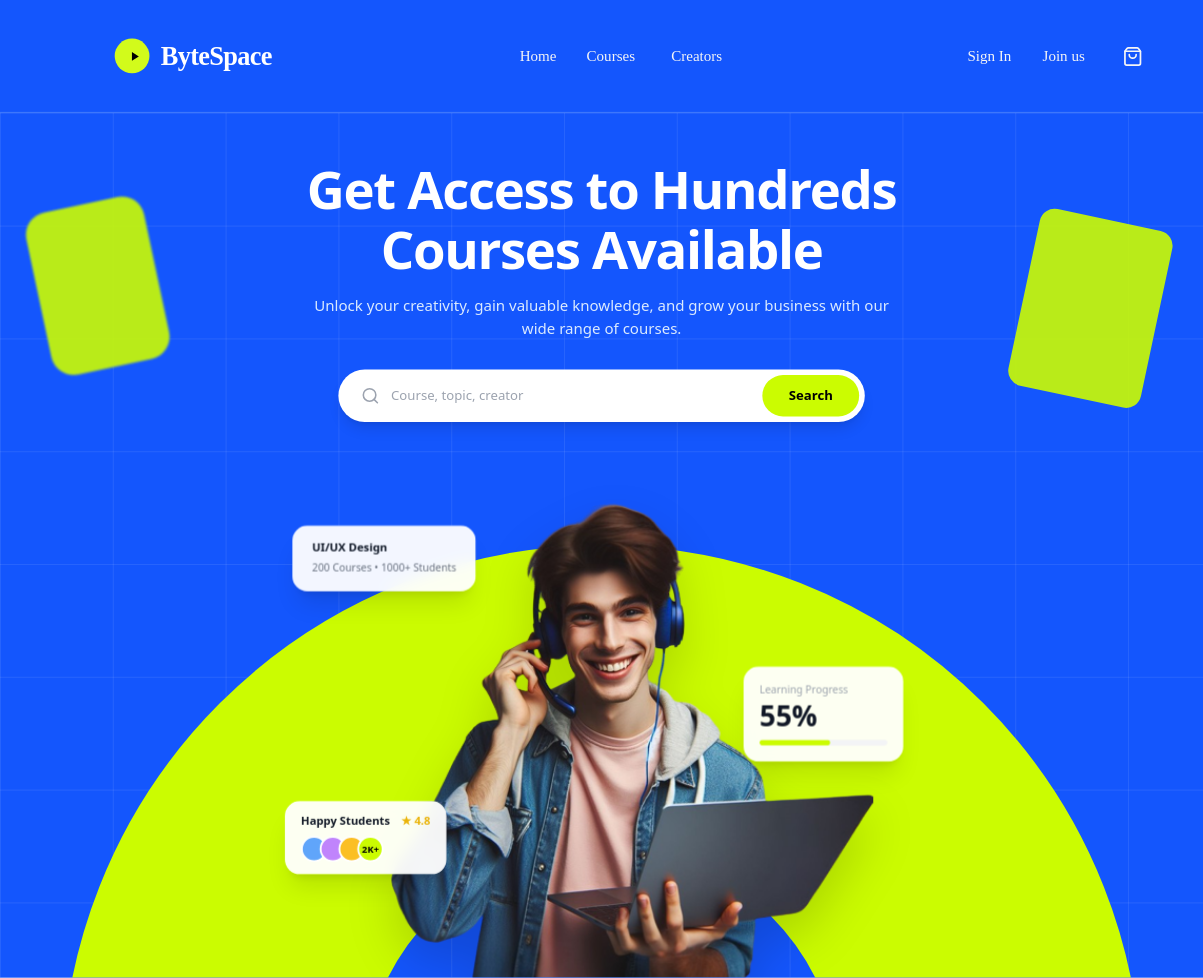
Repository: mdkawsarjomadder/bytespace
Page: /
These files come from the project's save history. The page is drawn as it stood at one moment and after the next save; the edit follows.
The browser window is 1280 px wide. The pictures show the whole page, at 94% of full size.
Some web fonts or font styles are not loaded; a fallback is used. The project was rebuilt for these pictures with package versions that can differ from the ones it lists, and the page was loaded fresh each time. Also part of the build but not shown: vite.config.js.

Above is the page before, as saved 2026-09-29 18:34:08.

### index.html
<!doctype html>
<html lang="en">
  <head>
    <meta charset="UTF-8" />
    <link rel="icon" type="image/svg+xml" href="/favicon.svg" />
    <meta name="viewport" content="width=device-width, initial-scale=1.0" />
    <title>bytespace</title>
  </head>
  <body>
    <div id="root"></div>
    <script type="module" src="/src/main.jsx"></script>
    <link href="https://api.fontshare.com/v2/css?f[]=satoshi@400,500,700&display=swap" rel="stylesheet">
  </body>
</html>

### src/App.jsx
import React from 'react';
import Navbar from './components/Navbar';
import Hero from './components/Hero';

function App() {
  return (
    <div className="min-h-screen bg-gray-50 font-sans">
      <Navbar />
      <Hero />
    </div>
  );
}

export default App;

### src/components/Navbar.jsx
import React from 'react';
import { ShoppingBag } from 'lucide-react';

const Navbar = () => {
  return (
    <header className="w-full h-[120px] bg-[#1456fd] border-b border-blue-400/20 pl-[122px] pr-16 flex items-center justify-between relative z-50">
      {/* 1. Brand Logo (Figma Specs: 171px x 37px) */}
      <div
        className="w-[171px] h-[37px] flex items-center gap-3 cursor-pointer select-none"
        style={{ opacity: 1 }}
      >
        {/* Play Icon Logo */}
        <div className="w-[37px] h-[37px] rounded-full bg-[#d2fb1b] flex items-center justify-center shrink-0">
          <svg
            className="w-4 h-4 text-black fill-current translate-x-0.5"
            viewBox="0 0 24 24"
          >
            <path d="M8 5v14l11-7z" />
          </svg>
        </div>
        {/* Logo Text */}
        <span className="text-[28px] font-bold tracking-tight text-white leading-none font-['Satoshi']">
          ByteSpace
        </span>
      </div>

      {/* 2. Navigation Links */}
      <nav className="hidden md:flex items-center gap-8 font-['Satoshi']">
        <a
          href="#home"
          className="text-[#F5F5F6] text-[16px] leading-[160%] font-normal hover:text-[#d2fb1b] transition-colors"
        >
          Home
        </a>
        <a
          href="#courses"
          className="w-[58px] h-[26px] flex items-center text-[#F5F5F6] text-[16px] leading-[160%] font-normal hover:text-[#d2fb1b] transition-colors"
          style={{ opacity: 1 }}
        >
          Courses
        </a>
        <a
          href="#creators"
          className="text-[#F5F5F6] text-[16px] leading-[160%] font-normal hover:text-[#d2fb1b] transition-colors"
        >
          Creators
        </a>
      </nav>

      {/* 3. Action Buttons & Cart */}
      <div className="flex items-center gap-6 font-['Satoshi']">
        <button
          className="w-[49px] h-[24px] flex items-center justify-center text-[#F5F5F6] text-[16px] leading-[24px] font-normal hover:text-white/80 transition-colors"
          style={{ opacity: 1 }}
        >
          Sign In
        </button>
        <button
          className="h-[24px] px-2 flex items-center justify-center text-[#F5F5F6] text-[16px] leading-[24px] font-normal hover:text-white/80 transition-colors"
          style={{ opacity: 1 }}
        >
          Join us
        </button>
        <button className="text-[#F5F5F6] hover:text-[#d2fb1b] transition-colors flex items-center justify-center ml-2">
          <ShoppingBag size={22} strokeWidth={2} />
        </button>
      </div>
    </header>
  );
};

export default Navbar;

### src/components/Hero.jsx
import React from 'react';
import { Search } from 'lucide-react';
import One1 from '../assets/01.png';

const Hero = () => {
  return (
    <section className="relative w-full bg-[#1456fd] overflow-hidden pt-12 pb-0 text-white flex flex-col items-center justify-between min-h-[920px]">
      {/* 1. Background Grid Pattern */}
      <div className="absolute inset-0 bg-[linear-gradient(to_right,#ffffff15_1px,transparent_1px),linear-gradient(to_bottom,#ffffff15_1px,transparent_1px)] bg-[size:120px_120px] pointer-events-none" />

      {/* 2. Ellipse 7 Background Ring (Figma Exact Position) */}
      <div
        className="absolute rounded-full pointer-events-none z-0"
        style={{
          width: '1149px',
          height: '1149px',
          top: '460px',

          left: '50%',
          transform: 'translateX(-50%)',
          border: '320px solid #CBFC01',
          boxSizing: 'border-box',
        }}
      />

      {/* 3. Decorative 3D Elements */}
      <div className="absolute left-10 top-24 w-32 h-44 bg-[#CBFC01] rounded-3xl opacity-90 blur-[1px] transform -rotate-12 pointer-events-none hidden lg:block" />
      <div className="absolute right-12 top-28 w-36 h-48 bg-[#CBFC01] rounded-2xl opacity-90 transform rotate-12 pointer-events-none hidden lg:block" />

      {/* 4. Top Area: Title + Subtitle + Search Bar */}
      <div className="relative z-10 w-full max-w-[1200px] mx-auto px-4 flex flex-col items-center text-center">
        <h1 className="text-4xl md:text-[56px] font-bold tracking-tight text-white leading-[1.15] max-w-[900px]">
          Get Access to Hundreds <br /> Courses Available
        </h1>

        <p className="mt-4 text-sm md:text-base text-blue-100 max-w-[650px] font-normal leading-relaxed">
          Unlock your creativity, gain valuable knowledge, and grow your business with our wide range of courses.
        </p>

        {/* Search Bar */}
        <div className="mt-8 w-full max-w-[560px] bg-white rounded-full p-1.5 pl-6 flex items-center shadow-lg justify-between gap-3">
          <div className="flex items-center gap-3 w-full">
            <Search className="w-5 h-5 text-gray-400 shrink-0" />
            <input
              type="text"
              placeholder="Course, topic, creator"
              className="w-full bg-transparent text-gray-800 placeholder-gray-400 focus:outline-none text-sm font-medium"
            />
          </div>
          <button className="bg-[#CBFC01] hover:bg-[#b5e200] text-black font-semibold text-sm px-7 py-3 rounded-full transition-all duration-200 shrink-0 cursor-pointer">
            Search
          </button>
        </div>
      </div>

      {/* 5. Hero Visual Area (Image sitting flat at section bottom) */}
      <div className="relative w-full max-w-[578px] h-[541px] flex justify-center items-end z-10 mt-auto">

        {/* Main Student Image */}
        <img
          src={One1}
          alt="Student Learning"
          className="w-[578px] h-[541px] object-contain block select-none pointer-events-none drop-shadow-2xl"
        />

        {/* Floating Card: UI/UX Design (Top Left) */}
        <div className="absolute -left-10 top-[60px] z-20 bg-white/95 backdrop-blur text-black p-3.5 px-5 rounded-2xl shadow-xl border border-white/20">
          <span className="text-xs font-bold text-gray-900 block">UI/UX Design</span>
          <span className="text-[11px] text-gray-500 font-medium">200 Courses • 1000+ Students</span>
        </div>

        {/* Floating Card: Learning Progress (Top Right) */}
        <div className="absolute -right-8 top-[210px] z-20 bg-white/95 backdrop-blur text-black p-4 rounded-2xl shadow-xl border border-white/20 min-w-[170px] ">
          <span className="text-[11px] font-medium text-gray-400 block mb-1">Learning Progress</span>
          <span className="text-3xl font-extrabold text-gray-900 block leading-none">55%</span>
          <div className="w-full bg-gray-100 h-1.5 rounded-full mt-2.5 overflow-hidden">
            <div className="bg-[#CBFC01] h-full w-[55%] rounded-full" />
          </div>
        </div>

        {/* Floating Card: Happy Students (Bottom Left) */}
        <div className="absolute -left-12 bottom-[110px] z-20 bg-white/95 backdrop-blur text-black p-3 px-4 rounded-2xl shadow-xl border border-white/20">
          <div className="flex items-center justify-between gap-3 mb-2">
            <span className="text-xs font-bold text-gray-900">Happy Students</span>
            <span className="text-xs font-semibold text-yellow-500">★ 4.8</span>
          </div>
          <div className="flex items-center -space-x-2">
            <div className="w-7 h-7 rounded-full bg-blue-400 border-2 border-white"></div>
            <div className="w-7 h-7 rounded-full bg-purple-400 border-2 border-white"></div>
            <div className="w-7 h-7 rounded-full bg-amber-400 border-2 border-white"></div>
            <div className="w-7 h-7 rounded-full bg-[#CBFC01] border-2 border-white flex items-center justify-center text-[10px] font-bold text-black">
              2K+
            </div>
          </div>
        </div>

      </div>
    </section>
  );
};

export default Hero;

Loaded but not shown: src/main.jsx (common file); src/index.css (common file); tailwind.config.js (common file)

After the next save:
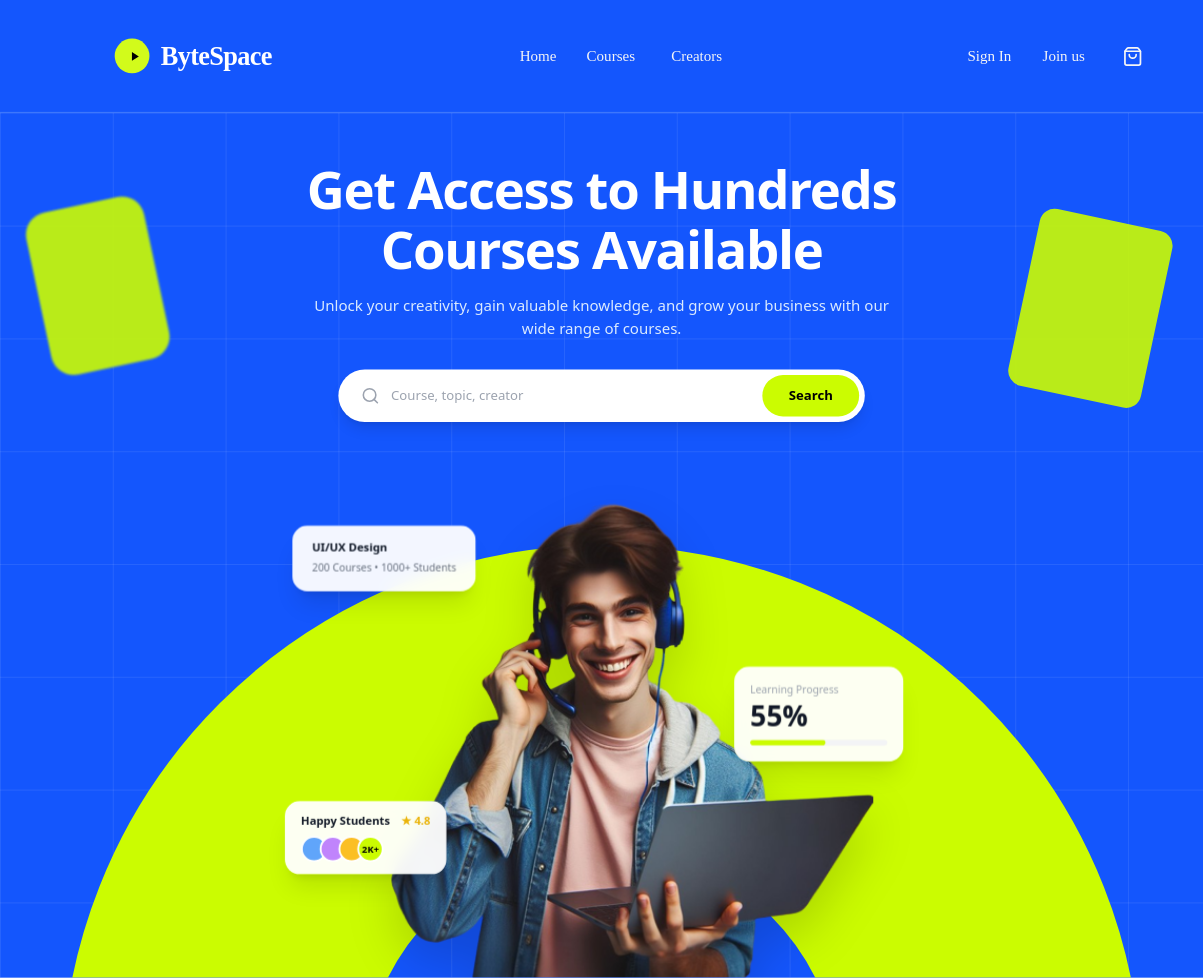
Saved 6 s later.
--- a/src/components/Hero.jsx
+++ b/src/components/Hero.jsx
@@ -70,7 +70,7 @@ const Hero = () => {
         </div>
 
         {/* Floating Card: Learning Progress (Top Right) */}
-        <div className="absolute -right-8 top-[210px] z-20 bg-white/95 backdrop-blur text-black p-4 rounded-2xl shadow-xl border border-white/20 min-w-[170px] ">
+        <div className="absolute -right-8 top-[210px] z-20 bg-white/95 backdrop-blur text-black p-4 rounded-2xl shadow-xl border border-white/20 min-w-[180px] ">
           <span className="text-[11px] font-medium text-gray-400 block mb-1">Learning Progress</span>
           <span className="text-3xl font-extrabold text-gray-900 block leading-none">55%</span>
           <div className="w-full bg-gray-100 h-1.5 rounded-full mt-2.5 overflow-hidden">
